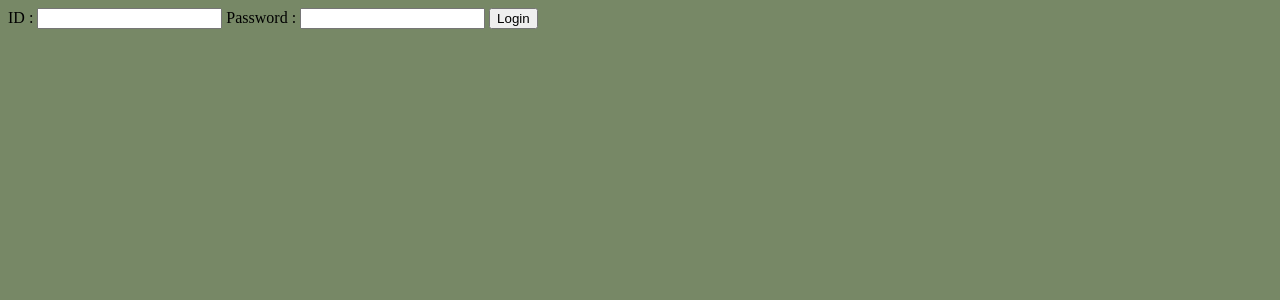
Repository: venkatasanthoshpamuru/Advance_Java_Projects
Page: First_JSP/src/main/webapp/Form.html
These files come from the project's save history. The page is drawn as it stood at one moment and after the next save; the edit follows.
The browser window is 1280 px wide. The pictures show the whole page.

Above is the page before, as saved 2024-03-09 06:40:04.

### First_JSP/src/main/webapp/Form.html
<!DOCTYPE html>
<html>
  <head>
    <title>First JSP</title>
  </head>
  <body bgcolor="#786">
    <form method="post" action="">
     <label>ID : </label>
     <input type="text" name="userid" id="userid" required/>
     <label>Password : </label>
     <input type="password" name="password" id="password" required/>
     <button type="submit">Login</button>
    </form>
  </body>
</html>

After the next save:
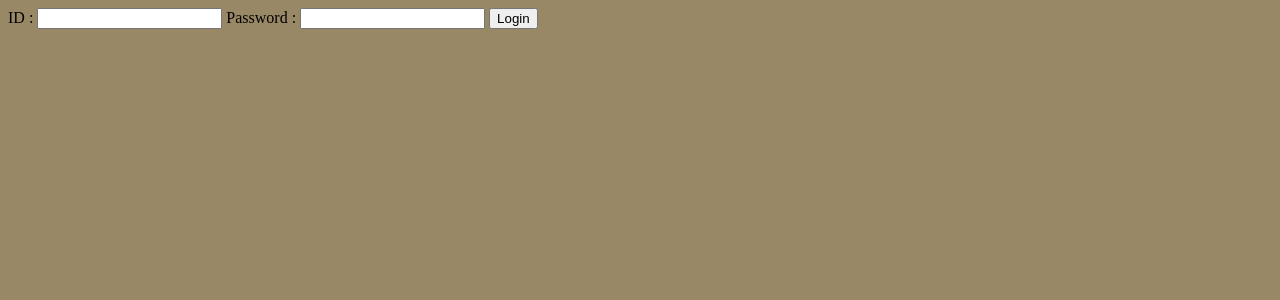
Saved 12 s later.
--- a/First_JSP/src/main/webapp/Form.html
+++ b/First_JSP/src/main/webapp/Form.html
@@ -3,7 +3,7 @@
   <head>
     <title>First JSP</title>
   </head>
-  <body bgcolor="#786">
+  <body bgcolor="#986">
     <form method="post" action="">
      <label>ID : </label>
      <input type="text" name="userid" id="userid" required/>
